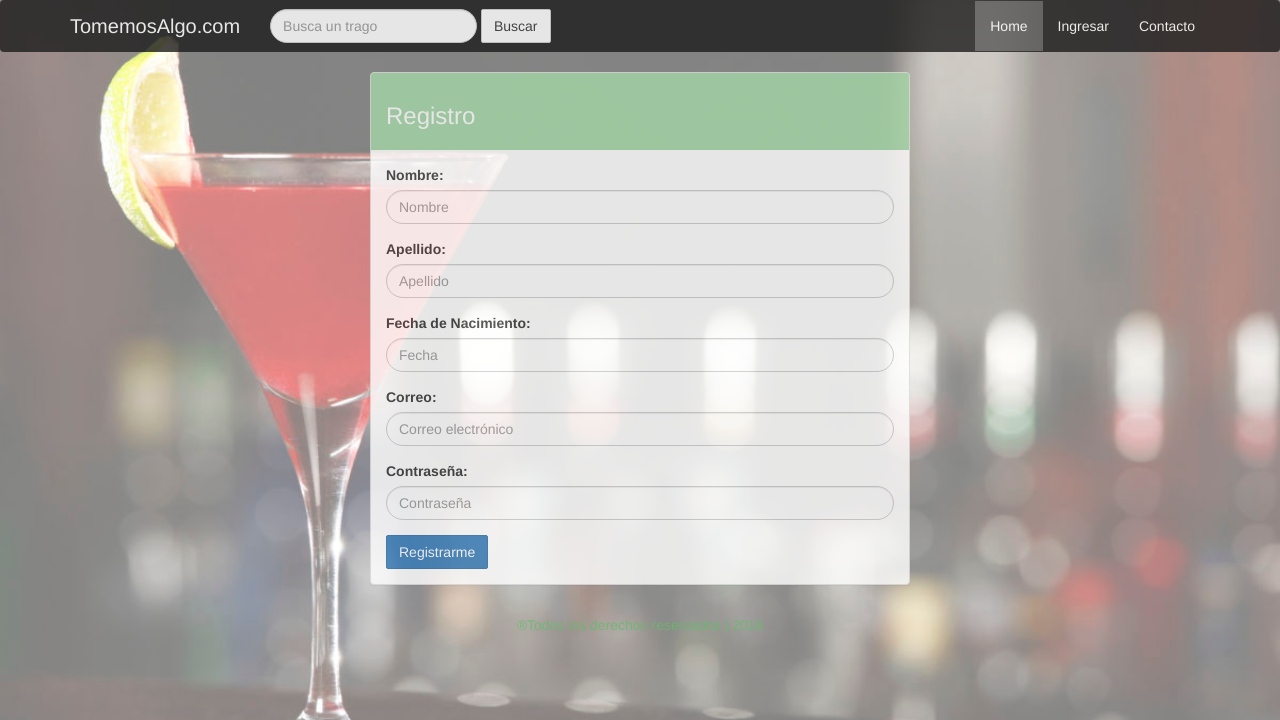
Repository: MaxiAven/TallerWebJava
Page: http://localhost/proyecto-base-spring/WEB-INF/jsp/registro.jsp
These files come from the project's save history. The page is drawn as it stood at one moment and after the next save; the edit follows.
The browser window is 1280 px wide. The pictures show the whole page.
Some web libraries are served in a nearby version. The page is served by Tomcat 9. Nobody is signed in. The template is opened directly, without the code that normally fills it, so the values that code supplies are empty.

Above is the page before, as saved 2016-10-10 18:02:43.

After the next save:
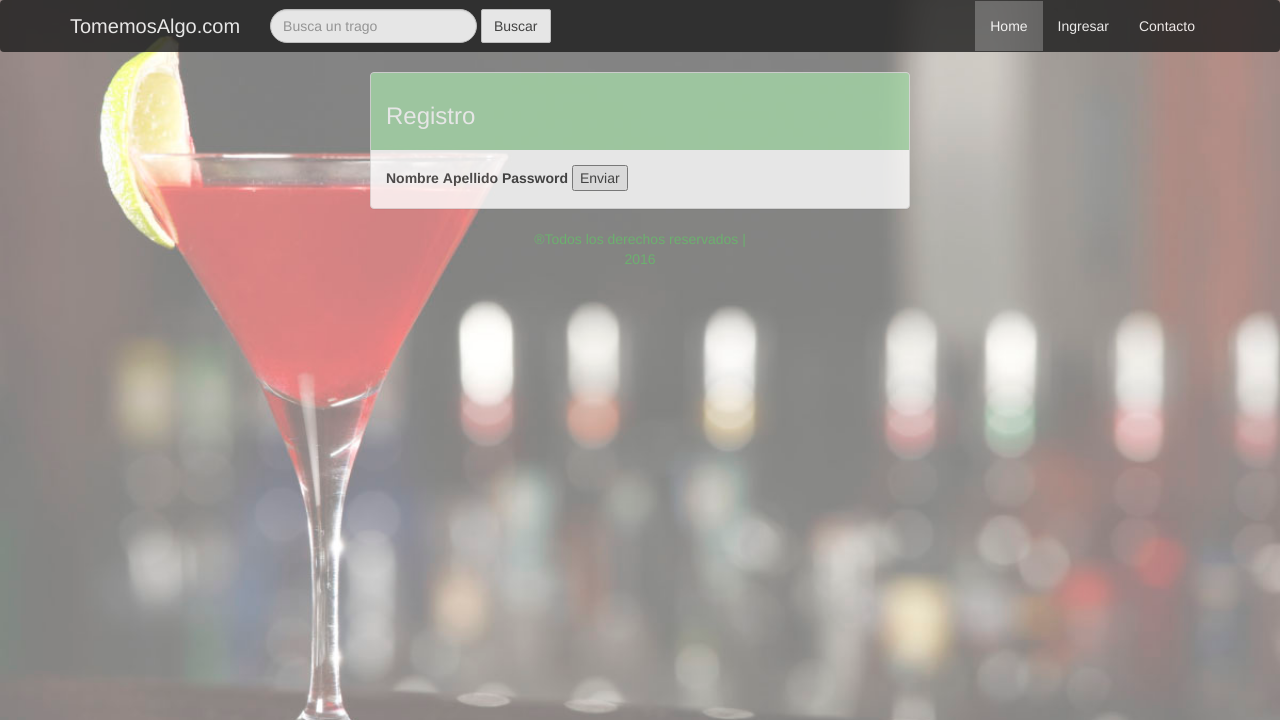
Saved 2 min 7 s later.
--- a/proyecto-base-spring/src/main/webapp/WEB-INF/jsp/registro.jsp
+++ b/proyecto-base-spring/src/main/webapp/WEB-INF/jsp/registro.jsp
@@ -59,7 +59,18 @@
 			  	<h3>Registro</h3>
 			  </div>
 			  <div class="panel-body">
-			    <form>
+			  <form:form action="registro" method="POST" modelAttribute="usuario">
+					<label for="nombre">Nombre</label>
+					<form:input path="nombre" id="nombre" type="text" placeholder="Ingresar Nombre" />
+
+					<label for="apellido">Apellido</label>
+					<form:input path="apellido" id="apellido" type="text" placeholder="Ingresar Apellido" />
+
+					<label for="password">Password</label>
+					<form:input path="password" id="password" type="password" placeholder="Ingresar Password" />
+					<input type="submit" value="Enviar">
+				</form:form>
+			    <!--  <form>
 				  <div class="form-group">
 				    <label for="Nombre">Nombre:</label>
 				    <input type="text" class="form-control" id="nombre" placeholder="Nombre">
@@ -86,7 +97,7 @@
 				</form>
 			  </div>
 			</div>
-
+   -->
     	</div>
     	<div class="col-md-3"></div>
 	</div>
